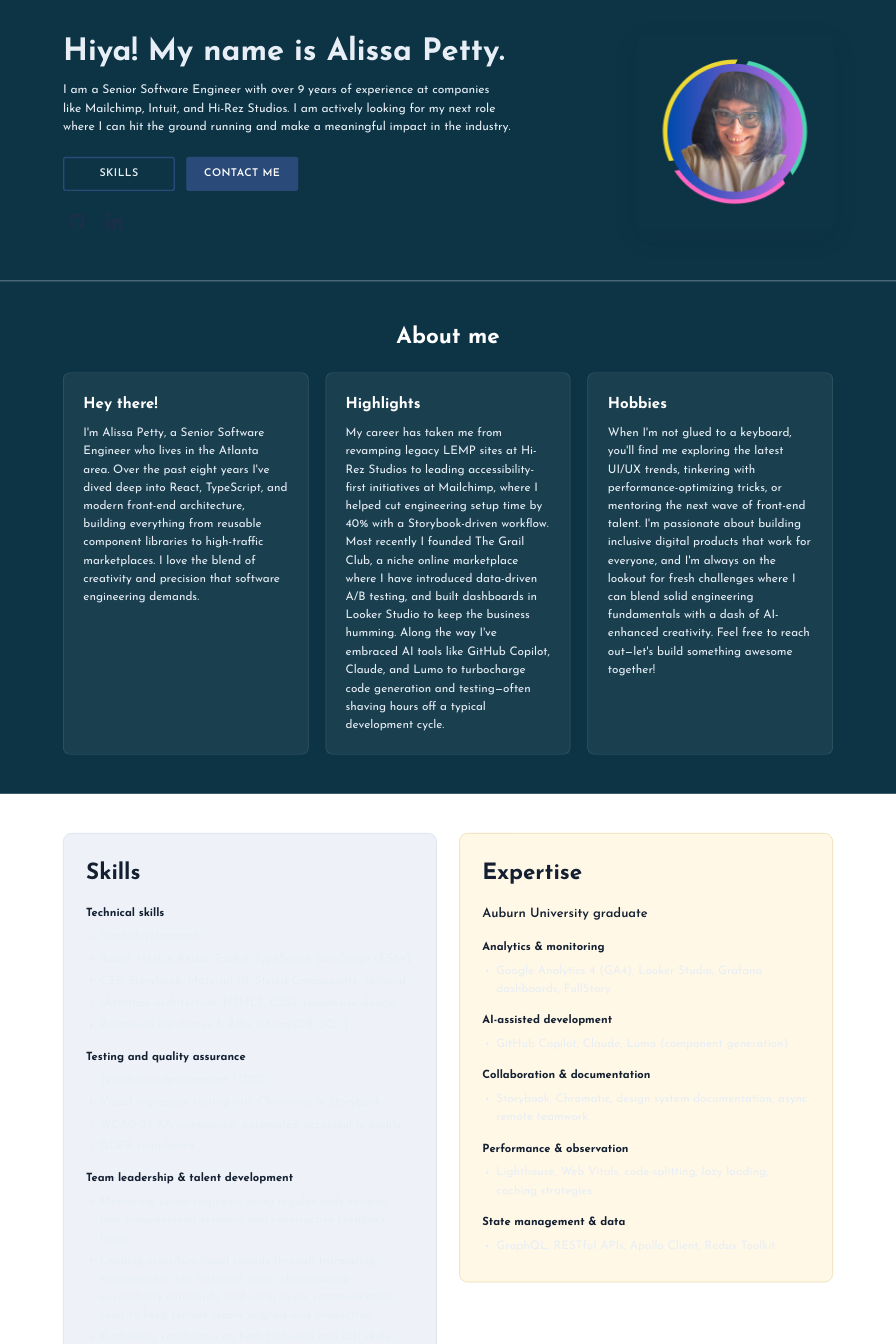
Repository: AlissaSPetty/alissa-petty-com
Page: /
These files come from the project's save history. The page is drawn as it stood at one moment and after the next save; the edit follows.
The browser window is 1280 px wide. The pictures show the part of the page from y = 0 to 1920 px (the page is 4094 px tall before and 4093 px after), at 70% of full size.
The project was rebuilt for these pictures with package versions that can differ from the ones it lists, and the page was loaded fresh each time. Also part of the build but not shown: vite.config.ts, src/legal.css, src/pages/LegalPage.tsx.

Above is the page before, as saved 2026-05-03 17:50:03.

After the next save:
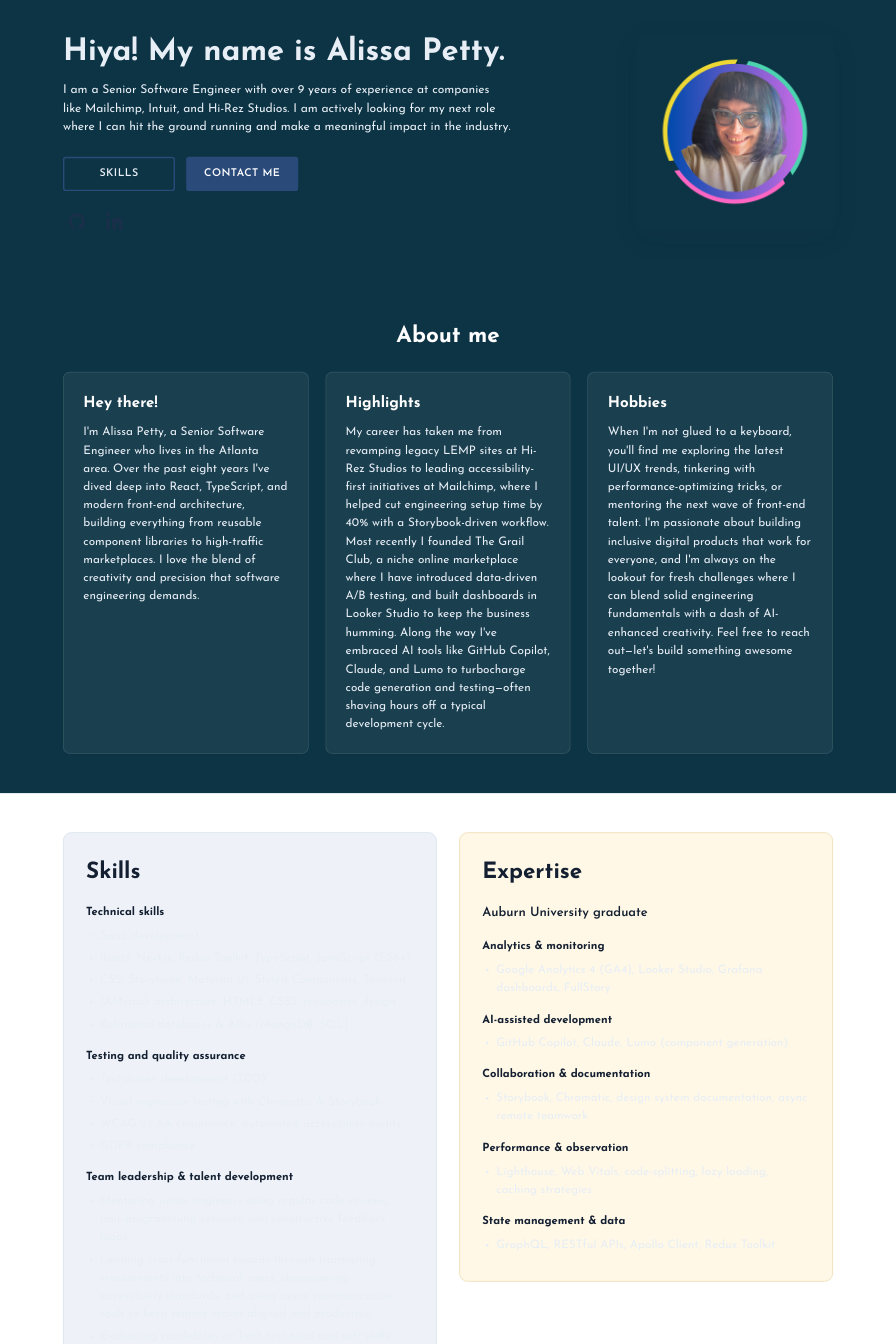
Saved 22 s later.
--- a/src/index.css
+++ b/src/index.css
@@ -85,7 +85,6 @@
 .hero {
   background: #0c3444;
   padding: 3rem 0 4rem;
-  border-bottom: 1px solid var(--border);
 }
 
 .hero-inner {
